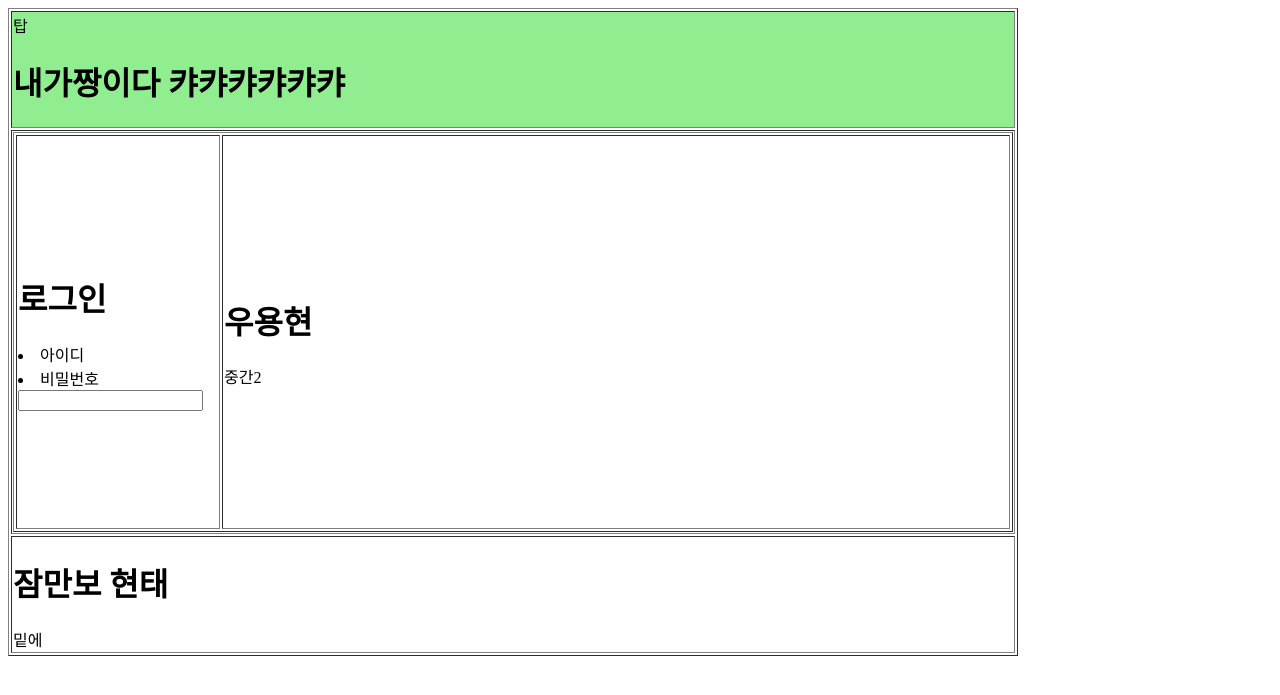
Repository: ikobean/ikoebean
Page: http://localhost/dev_jsp/ch07/index.jsp
The author's editor kept a copy of each file at every save. The page is drawn from the files as they stood at one save, then again after the next save.
The browser window is 1280 px wide. The pictures show the whole page.
The page is served by Tomcat 9.

Above is the page before, as saved 2019-07-17 02:07:17.

After the next save:
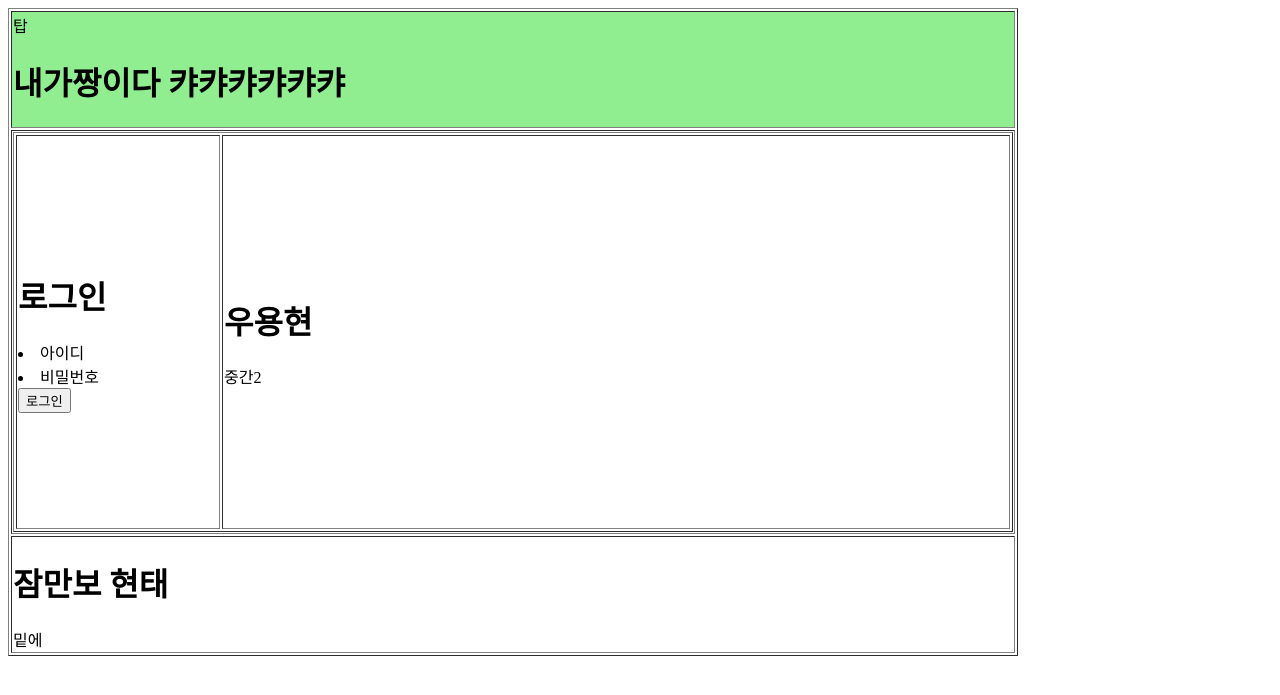
Saved 59 s later.
--- a/workspace_jsp/dev_jsp/WebContent/ch07/menu.jsp
+++ b/workspace_jsp/dev_jsp/WebContent/ch07/menu.jsp
@@ -10,6 +10,6 @@
 <h1>로그인</h1>
 <li>아이디</li>
 <li>비밀번호</li>
-<input button="로그인">
+<input type='button' value="로그인">
 </body>
 </html>
